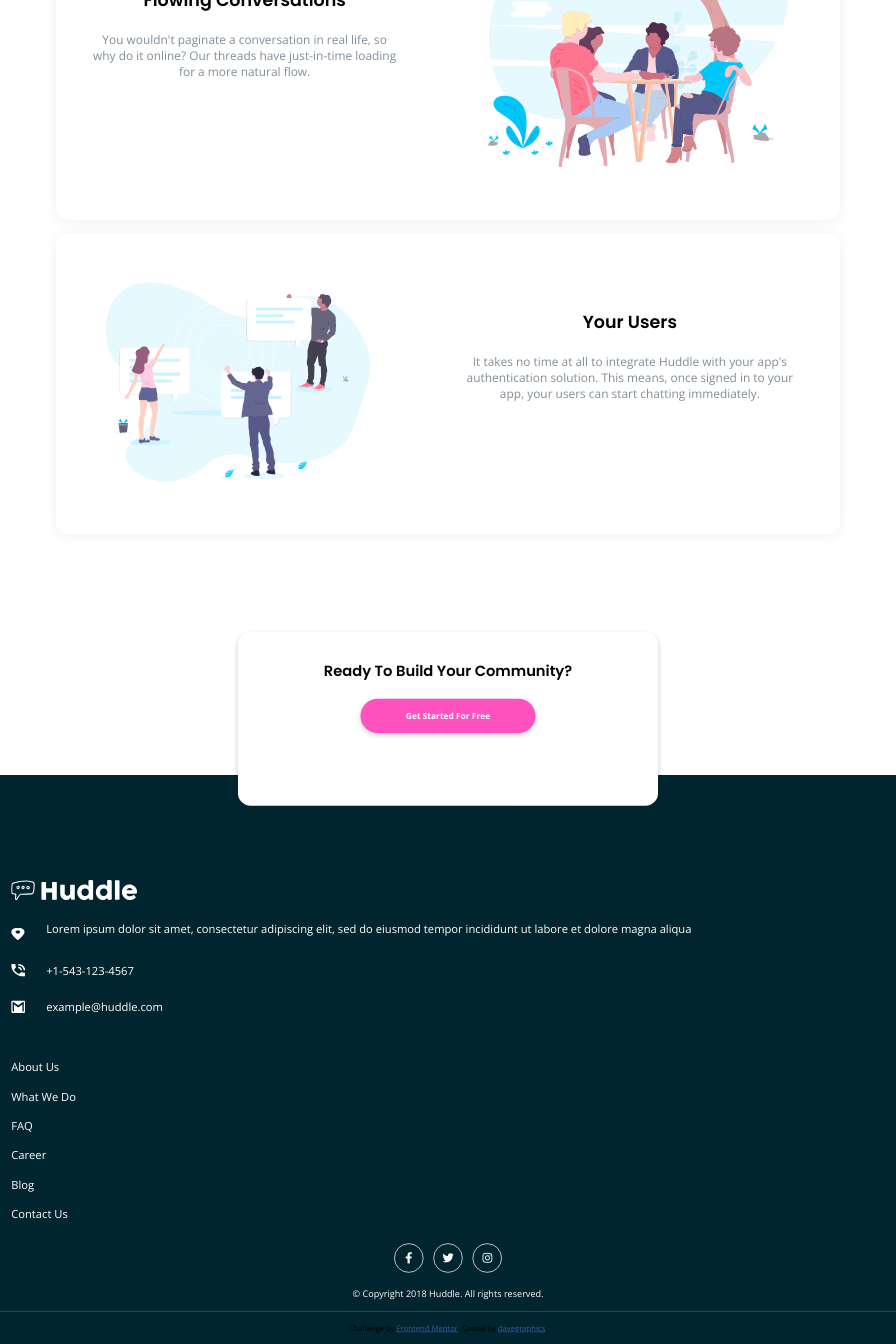
Repository: DejV44/Huddle-landing-page
Page: index.html
An editor plug-in stored every save of this project. The page is shown before and after the next save, followed by the edit.
The browser window is 1280 px wide. The pictures show the part of the page from y = 1293 to 3213 px (the page is 3213 px tall before and 3149 px after), at 70% of full size.
The style sheet was rebuilt from its Sass, Less or Tailwind sources for each picture, by a compiler version that may differ from the author's.

Above is the page before, as saved 2021-08-22 14:12:22.

### index.html
<!DOCTYPE html>
<html lang="en">
<head>
  <meta charset="UTF-8">
  <meta name="viewport" content="width=device-width, initial-scale=1.0"> <!-- displays site properly based on user's device -->
  <link rel="stylesheet" href="/css/style.css">
  <link rel="stylesheet" href="/fontawesome-free-5.15.3-web/css/all.css">
  <link rel="icon" type="image/png" sizes="32x32" href="./images/favicon-32x32.png">

  <title>Frontend Mentor | Huddle landing page with alternating feature blocks</title>

</head>
<body>
  <header>
    <div class="nav">
      <div class="logo">
        <img src="/images/logo.svg" alt="logo">
      </div>
      <a href="#">Try It Free</a>
    </div>
    <content class="main">
      <article class="building">
        <h1>Build The Community Your Fans Will Love</h1>
        <h3> Huddle re-imagines the way we build communities. You have a voice, but so does your audience.
        Create connections with your users as you engage in genuine discussion.</h3>
        <a class="main-btn" href="#">Get Started For Free</a>
      </article>
      <div class="img-main">
        <img class="img" src="/images/illustration-mockups.svg" alt="">
      </div>
    </content>

  </header>
  <section class="cards">
    <div class="card-one">
      <div class="img-cards">
        <img src="/images/illustration-grow-together.svg" alt="">
      </div>
      <content class="card">
        <h2>Grow Together</h2>
        <p>Generate meaningful discussions with your audience and build a strong, loyal community.
        Think of the insightful conversations you miss out on with a feedback form.</p>
      </content>
    </div>
    <div class="card-two">
      <div class="img-cards">
        <img src="/images/illustration-flowing-conversation.svg" alt="">
      </div>
      <content class="card">
        <h2>Flowing Conversations</h2>
        <p>You wouldn't paginate a conversation in real life, so why do it online? Our threads
        have just-in-time loading for a more natural flow.</p>
      </content>
    </div>
    <div class="card-three">
      <div class="img-cards">
        <img src="/images/illustration-your-users.svg" alt="">
      </div>
      <content class="card">
        <h2>Your Users</h2>
        <p>It takes no time at all to integrate Huddle with your app's authentication solution.
        This means, once signed in to your app, your users can start chatting immediately.</p>
      </content>
    </div>
    <container class="ready">
      <h2>Ready To Build Your Community?</h2>
      <a href="#">Get Started For Free</a>
    </container>
  </section>
  <footer>
    <container class="footer">
      <div class="section1">
        <img src="/images/logoWhite.svg" alt="logo">
        <div class="info">
          <img src="/images/icon-location.svg" alt="location">
          <p>Lorem ipsum dolor sit amet, consectetur adipiscing elit, sed do eiusmod tempor
          incididunt ut labore et dolore magna aliqua</p>
        </div>
        <div class="phone">
          <img src="/images/icon-phone.svg" alt="phone">
          <a href="tel:+1-543-123-4567">+1-543-123-4567</a>
        </div>
        <div class="mail">
          <img src="/images/icon-email.svg" alt="email">
          <a href="example@huddle.com">example@huddle.com</a>
        </div>
      </div>
      <div class="section2">
        <ul>
          <li><a href="#">About Us</a></li>
          <li><a href="#">What We Do</a></li>
          <li><a href="#">FAQ</a></li>
        </ul>
      </div>
      <div class="section3">
        <ul>
          <li><a href="#">Career</a></li>
          <li><a href="#">Blog</a></li>
          <li><a href="#">Contact Us</a></li>
        </ul>
      </div>
      <div class="copyright">
        <div class="social">
          <span><i class="fab fa-facebook-f"></i></span>
          <span><i class="fab fa-twitter"></i></span>
          <span><i class="fab fa-instagram"></i></span>
        </div>
        <p>&copy; Copyright 2018 Huddle. All rights reserved.</p>
      </div>
    </container>
  </footer>
  <footer>
    <p class="attribution">
      Challenge by <a href="https://www.frontendmentor.io?ref=challenge" target="_blank">Frontend Mentor</a>.
      Coded by <a href="#">davegraphics</a>.
    </p>
  </footer>
</body>
</html>

### css/style.scss
* {
    margin: 0;
    padding: 0;
    //font-family: 'Poppins', sans-serif;
    -webkit-font-smoothing: antialiased;
}

body {
    font-family: 'Open Sans', sans-serif;
}

// ---FONTS---
@import url('https://fonts.googleapis.com/css2?family=Open+Sans:wght@400;700&display=swap');
@import url('https://fonts.googleapis.com/css2?family=Poppins:wght@600&display=swap');

@import "variables";
@import "mixin";

@import "cards";
@import "header";
@import "footer";

### css/_variables.scss
$Pink: hsl(322, 100%, 66%);
$PinkHover: hsl(322, 97%, 72%);
$VeryPaleCyan: hsl(193, 100%, 96%);
$VeryDarkCyan: hsl(192, 100%, 9%);
$GrayishBlue: hsl(208, 11%, 55%);

### css/_mixin.scss
@mixin cards {
    display: flex;
    flex-direction: column;
    margin: 1.2rem auto 1rem auto;
    text-align: center;
    box-shadow: rgba(0, 0, 0, 0.068) 0px 2px 18px;
    border-radius: 18px;
    align-items: center;
    @media (min-width: 768px) {
        flex-direction: row;

    }


    .card {

        display: block;
        margin: auto 3rem;
        h2 {
            padding-bottom: 1.5rem;
            font-size: 25px;
            font-family: 'Poppins', sans-serif
        }
        p {
            display: block;
            font-size: 17px;
            color: $GrayishBlue;
            padding-bottom: 3rem;
            margin-bottom: 2rem;

        }
    }
    .img-cards {
        display: block;
        padding: 30px 50px;
        margin: auto;

            img {
                width: 90%;
                margin: 40px auto;
            }
    }
}

### css/_cards.scss
.cards {
    padding: 1rem;
    margin: 0 auto;
    box-sizing: border-box;


    .card-one, .card-two, .card-three {
        @include cards;
    }

    .ready {
        display: block;
        box-sizing: border-box;
        text-align: center;
        transform: translateY(50%);
        background-color: white;
        margin: 0 auto;
        padding: 1rem 1rem;
        box-shadow: rgba(39, 39, 39, 0.24) 0px 3px 8px;
        max-width: 600px;
        text-align: center;
        align-items: center;
        border-radius: 18px;
        h2 {
            font-size: 21px;
            font-family: 'Poppins', sans-serif;
            margin: 1.5rem auto;
        }

        a {
            display: block;
            text-decoration: none;
            font-weight: 600;
            font-size: 12px;
            margin: 1.5rem auto;
            padding: 1rem 0;
            max-width: 250px;
            border-radius: 30px;
            background: $Pink;
            color: white;
            box-shadow: rgba(39, 39, 39, 0.24) 0px 3px 8px;

            &:hover {
                background: $PinkHover;
            }
        }
        @media (min-width: 768px) {
            padding-bottom: 80px;
        }

    }

}

@media (min-width: 768px) {
    .cards {
       padding: 5rem;

       .card-two {
        flex-direction: row-reverse;
    }
    }




}

### css/_header.scss
header {
    background: url(/images/bg-hero-mobile.svg);
    background-color: rgba(241, 241, 255, 0.425);
    background-size: cover;
    background-position: center;
    background-repeat: no-repeat;
    text-align: center;
    @media (min-width: 768px) {
        background: url(/images/bg-hero-desktop.svg);
        background-color: rgba(241, 241, 255, 0.479);
        background-size: cover;
    }


    .nav {
        display: flex;
        justify-content: space-between;
        padding: 2rem 1.6rem;
        @media (min-width: 768px) {
            padding: 2rem 5rem;

        }

        img {
            width: 120px;

            @media (min-width: 768px) {
                width: 150px;

            }
        }

        a {
            text-decoration: none;
            font-size: 13px;
            font-weight: 600;
            margin-top: -4px;
            padding: 0.3rem 1.7rem;
            background-color: white;
            border-radius: 25px;
            box-shadow: rgba(99, 99, 99, 0.24) 0px 3px 8px;

            @media (min-width: 768px) {
                margin-top: 0;
                padding: 0.5rem 1.7rem;
                text-align: center;

            }
            &:hover {
                color: $GrayishBlue;
            }


        }

    }
    .main {

        margin: 0 auto;

        .building {
            margin: 4rem 3rem 2rem 3rem;
            max-width: 410px;


            h1 {
                margin: 0 1rem;
                font-size: 28px;
                font-family: 'Poppins', sans-serif
            }

            h3 {
                font-weight: 400;
                font-size: 18px;
                margin: 1.5rem 0;
                line-height: 30px;
            }

            .main-btn {

                display: block;
                text-decoration: none;
                font-weight: 600;
                font-size: 12px;
                margin: 1.5rem auto;
                padding: 1rem 0;
                max-width: 280px;
                border-radius: 30px;
                background: $Pink;
                color: white;
                box-shadow: rgba(39, 39, 39, 0.24) 0px 3px 8px;
                @media (min-width: 768px) {
                    margin: 1.5rem 0 1.5rem 0.8rem;

                }

                &:hover {
                background: $PinkHover;
                }
            }

        }
        .img-main {
            padding: 15px 50px;



            .img {
                width: 100%;
                margin-bottom: 40px;
                @media (min-width: 768px) {
                    margin-bottom: 0;

                }
            }
        }
    }


}

@media (min-width: 768px) {
    .main {
        display: flex;
        align-items: center;

        .building {
            padding: 1rem;

            h1 {
                text-align: left;
                padding-left: 0;
            }

            h3 {
                text-align: left;
                padding-left: 1rem;
            }


        }

    }
}

### css/_footer.scss
footer {
    background-color: $VeryDarkCyan;
     .section1 {
         padding: 150px 1rem 2rem 1rem;
         color: white;

         img {
             width: 180px;
             padding-bottom: 1.5rem;
         }

         .info, .phone, .mail {
             display: flex;
              img {
                  width: 20px;
                  height: 18px;
                  margin-right: 30px;
                  margin-top: 10px;
              }
              p {
                  cursor: pointer;
                  padding-bottom: 30px;
              }
              a {

                  text-decoration: none;
                  margin-top: 8px;
                  color: white;
              }
         }



    }

    .section2, .section3 {
        box-sizing: border-box;

        ul {
            color: white;
            margin-left: 1rem;
            li {
                list-style: none;
                padding: 10px 0;
                a {
                    text-decoration: none;
                    color: white;
                    &:hover {
                    border-bottom: 1px solid white;
                    }
                }

            }
        }

    }
    .copyright {
        text-align: center;
        .social {
            text-align: center;
            display: block;
            margin: 1rem auto;
            color: white;


            span {
                border: 1px solid white;
                border-radius: 50%;
                width: 40px;
                height: 40px;
                display: inline-flex;
                align-items: center;
                justify-content: center;
                cursor: pointer;
                margin: 5px;
                &:hover {
                    color: $Pink;
                    border: 1px solid $Pink;
                }


            }

            i {
                font-family: 'Font Awesome 5 Brands';
                display: inline-block;
                font-style: normal;
                font-variant: normal;
                text-rendering: auto;
                line-height: 1;
                padding: 12px;
                border-radius: 50%;
            }

        }
        p {
            font-size: 13px;
            color: white;
            padding-bottom: 1rem;
        }
    }
}





.attribution {
    font-size: 11px;
    text-align: center;
    padding: 1rem;
    a {
    color: hsl(228, 45%, 44%);
    }
}

Loaded but not shown: fontawesome-free-5.15.3-web/css/all.css (library)

After the next save:
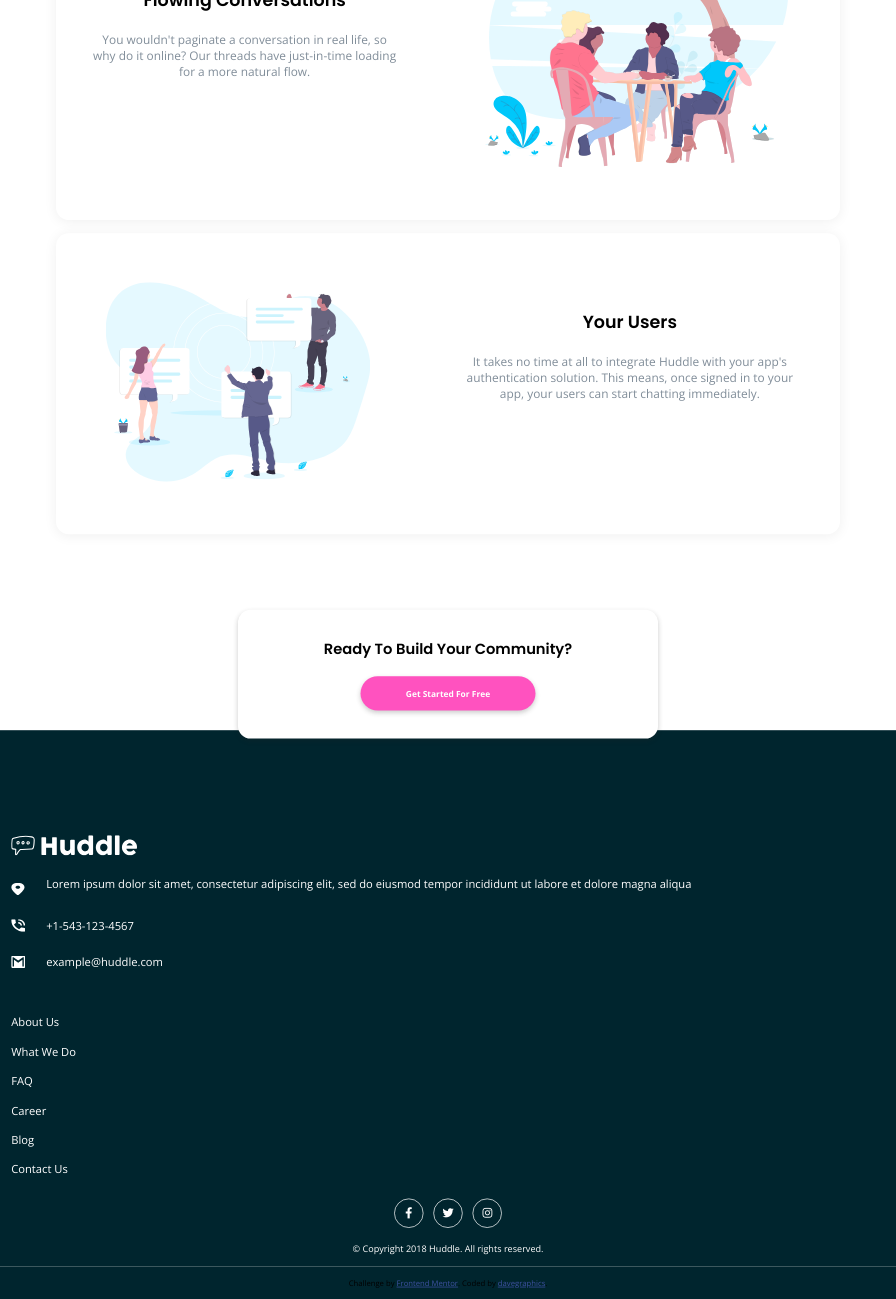
Saved 16 s later.
--- a/css/_cards.scss
+++ b/css/_cards.scss
@@ -45,7 +45,7 @@
             }
         }
         @media (min-width: 768px) {
-            padding-bottom: 80px;
+            transform: translateY(50%);
         }
 
     }
